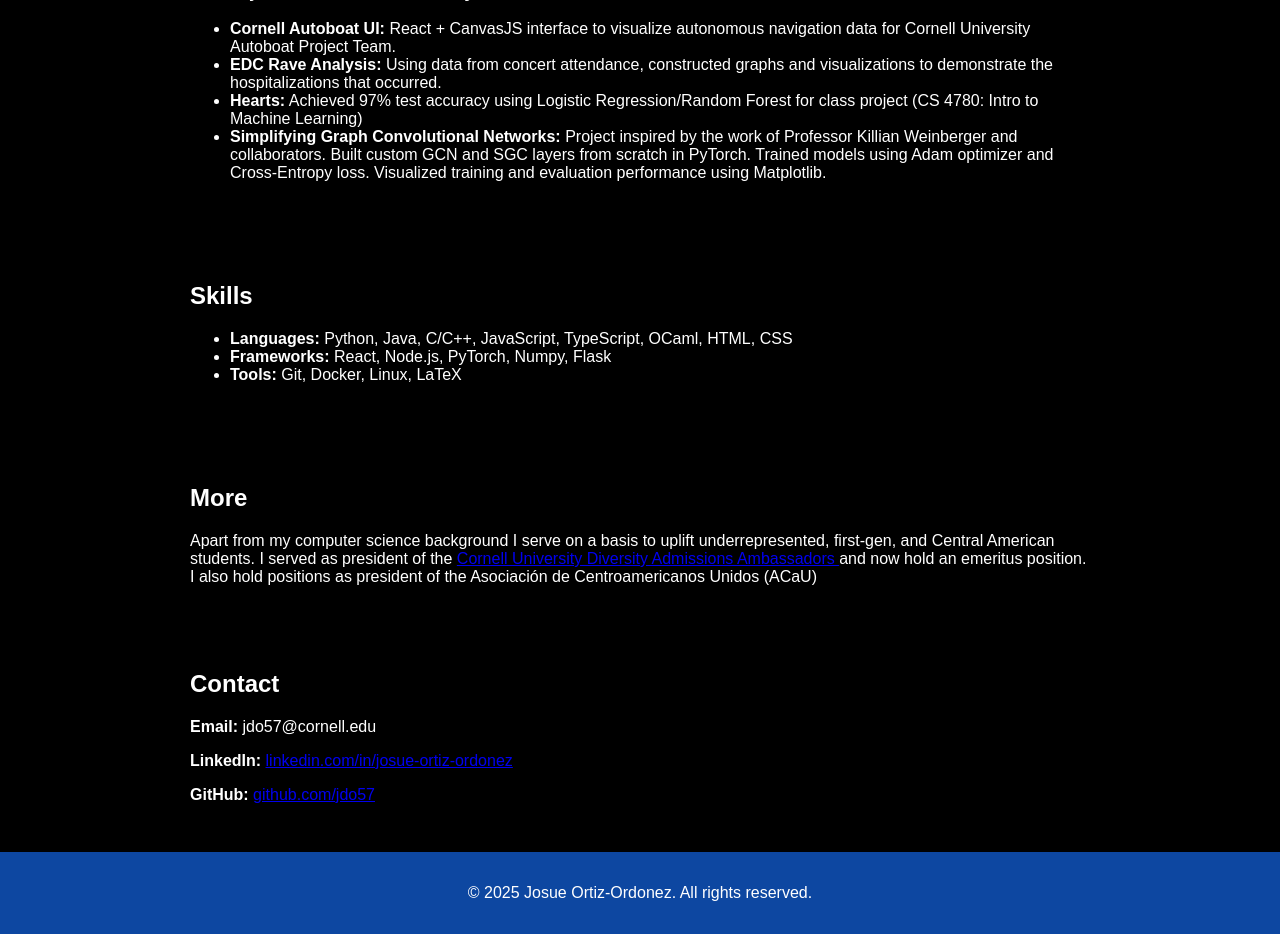
Repository: jdo57/Website
Page: index.html
These files come from the project's save history. The page is drawn as it stood at one moment and after the next save; the edit follows.
The browser window is 1280 px wide. The pictures show the part of the page from y = 1381 to 2333 px (the page is 2315 px tall before and 2333 px after).
A picture or video elsewhere on the page could not be fetched, so the positions and the page height are approximate.

Above is the page before, as saved 2025-05-26 21:55:20.

After the next save:
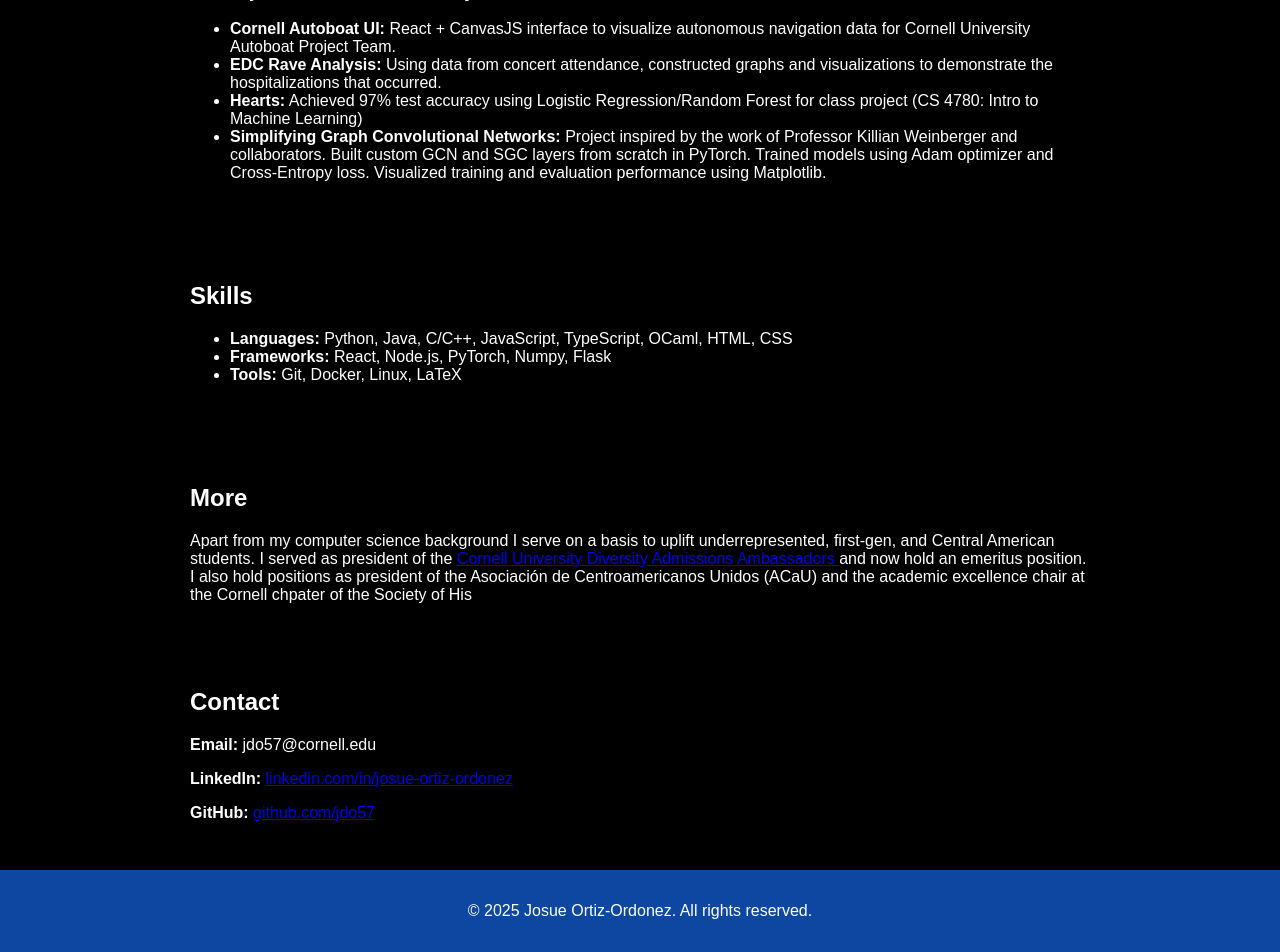
Saved 35 s later.
--- a/index.html
+++ b/index.html
@@ -139,7 +139,8 @@
     Apart from my computer science background I serve on a basis to uplift underrepresented, first-gen,
     and Central American students. I served as president of the <a href="https://cornelldaa.wixsite.com/cudaa" target="_blank"> Cornell University Diversity
       Admissions Ambassadors </a> and now hold an emeritus position. I also hold positions as president of the
-      Asociación de Centroamericanos Unidos (ACaU)
+      Asociación de Centroamericanos Unidos (ACaU) and the academic excellence chair at the Cornell chpater of the
+      Society of His
 
   </section>
 
